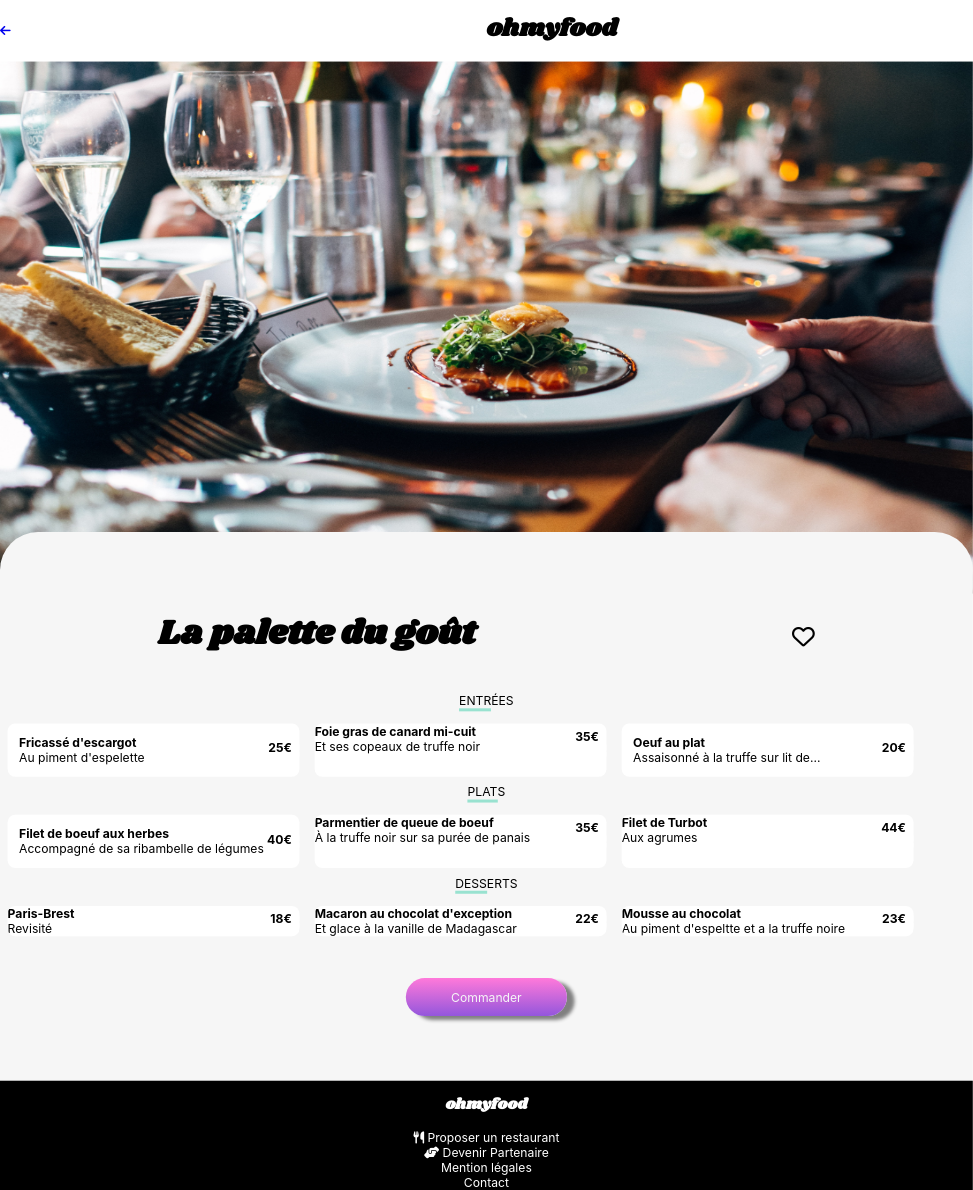
Repository: yacinebouk/ohmyfood
Page: palette.html
An editor plug-in stored every save of this project. The page is shown before and after the next save, followed by the edit.
The browser window is 1280 px wide. The pictures show the whole page, at 76% of full size.
Some web libraries are served in a nearby version. The style sheet was rebuilt from its Sass, Less or Tailwind sources for each picture, by a compiler version that may differ from the author's.

Above is the page before, as saved 2022-06-27 16:18:29.

After the next save:
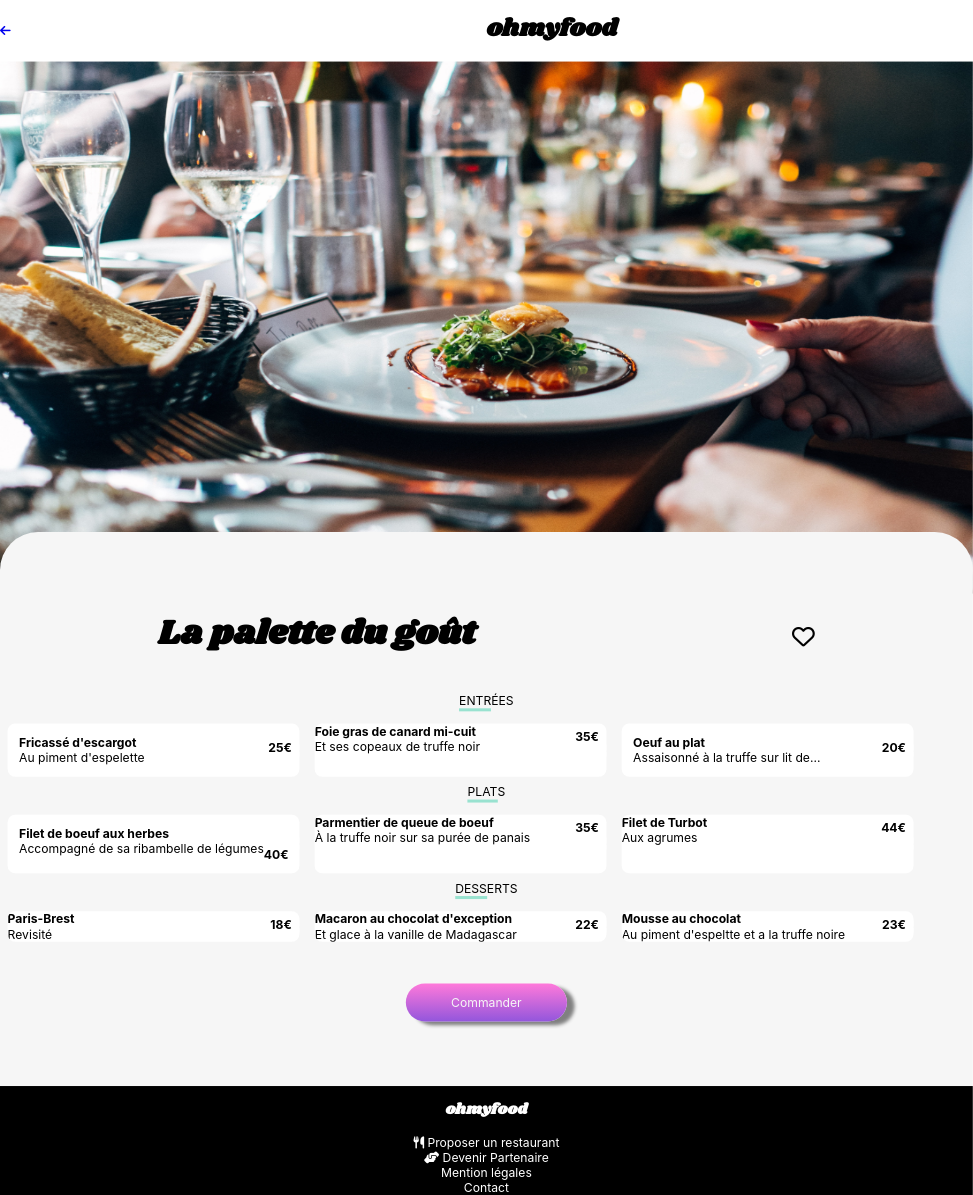
Saved 98 s later.
--- a/palette.html
+++ b/palette.html
@@ -69,10 +69,12 @@
                             <div class="pd-15">
                                 <div class="text">
                                     <div class="major"><b>Filet de boeuf aux herbes</b></div>
-                                    <div class="flavors">Accompagné de sa ribambelle de légumes</div>
-                                </div>
-                                <div class="block-price">
-                                    <div class="price"><b>40€</b></div>
+
+                                    <div class="block-price">
+                                        <div class="flavors">Accompagné de sa ribambelle de légumes</div>
+
+                                        <div class="price"><b>40€</b></div>
+                                    </div>
                                 </div>
                             </div>
                             <div class="icon-slide"><i class="fa-solid fa-circle-check"></i></div>
